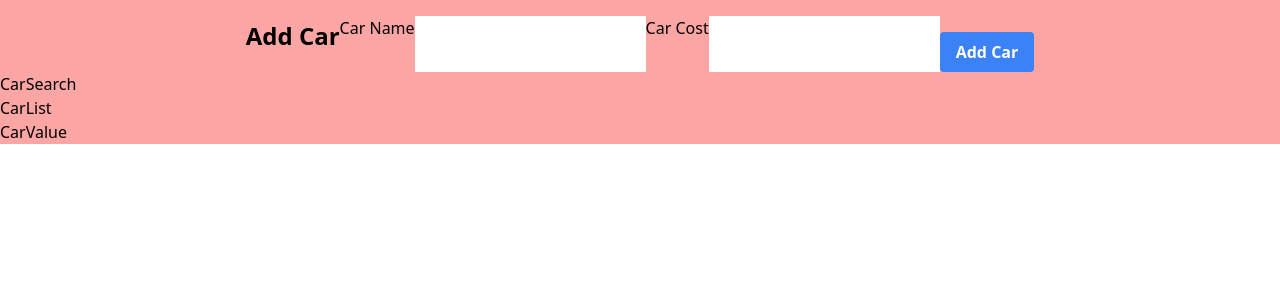
Repository: Marhamat92/carsappreduxtoolkit
Page: /
These files come from the project's save history. The page is drawn as it stood at one moment and after the next save; the edit follows.
The browser window is 1280 px wide. The pictures show the whole page.
The project was rebuilt for these pictures with package versions that can differ from the ones it lists, and the page was loaded fresh each time.

Above is the page before, as saved 2023-01-23 21:01:31.

### src/index.js
import React from 'react';
import ReactDOM from 'react-dom/client';
import './index.css';
import App from './App';
import { Provider } from 'react-redux';
import { store } from './store'


const root = ReactDOM.createRoot(document.getElementById('root'));
root.render(
  <Provider store={store}>
    <App />
  </Provider>
);

### src/App.js
import CarForm from "./components/CarForm";
import CarList from "./components/CarList";
import CarSearch from "./components/CarSearch";
import CarValue from "./components/CarValue";


function App() {
  return (
    <div className="container mx-auto  bg-red-300">
      <CarForm />
      <CarSearch />
      <CarList />
      <CarValue />
    </div>
  );
}

export default App;

### src/store/index.js
import { configureStore } from "@reduxjs/toolkit";
import {
  carsReducer,
  addCar,
  removeCar,
  changeSearchTerm,
} from "./slices/carsSlice";
import { formReducer, changeName, changeCost } from "./slices/formSlice";

const store = configureStore({
  reducer: {
    cars: carsReducer,
    form: formReducer,
  },
})

export { store, addCar, removeCar, changeSearchTerm, changeName, changeCost };

### src/components/CarForm.js
import React from 'react'

function CarForm() {
  return (
    <div className='flex items-center justify-center'>
      <h1 className='font-bold text-2xl' >Add Car</h1>
      <div className='mt-4'>
        <form className='flex flex-row'>
          <label htmlFor='make'>Car Name</label>
          <input type='text' name='carName' id='carName' />
          <label htmlFor='price'>Car Cost</label>
          <input type='text' name='price' id='price' />
          <button className='bg-blue-500 hover:bg-blue-700 text-white font-bold py-2 px-4 rounded mt-4' type='submit'>Add Car</button>
        </form>
      </div>
    </div>
  )
}

export default CarForm

### src/components/CarList.js
import React from 'react'

function CarList() {
  return (
    <div>CarList</div>
  )
}

export default CarList

### src/components/CarSearch.js
import React from 'react'

function CarSearch() {
  return (
    <div>CarSearch</div>
  )
}

export default CarSearch

### src/components/CarValue.js
import React from 'react'

function CarValue() {
  return (
    <div>CarValue</div>
  )
}

export default CarValue

### src/store/slices/carsSlice.js
import { createSlice, nanoid } from '@reduxjs/toolkit';

const carsSlice = createSlice({
  name: 'cars',
  initialState: {
    cars: [],
    searchTerm: ''
  },
  reducers: {
    changeSearchTerm(state, action) {
      state.searchTerm = action.payload;
    },
    addCar(state, action) {
      //Assumption:
      //action.payload is an object with the following properties:
      //name, cost, id
      state.cars.push({
        name: action.payload.name,
        cost: action.payload.cost,
        id: nanoid()
      })
    },
    removeCar(state, action) {
      //Assumption:
      //action.payload is the id of the car to remove
      const updatedCars = state.cars.filter((car) => {
        return car.id !== action.payload;
      })
      state.cars = updatedCars;
    }

  }
})

export const { changeSearchTerm, addCar, removeCar } = carsSlice.actions;
export const carsReducer = carsSlice.reducer;

### src/store/slices/formSlice.js
import { createSlice } from '@reduxjs/toolkit';

const formSlice = createSlice({
  name: 'form',
  initialState: {
    name: '',
    cost: 0
  },
  reducers: {
    changeName(state, action) {
      state.name = action.payload;
    },
    changeCost(state, action) {
      state.cost = action.payload;
    }
  }
})

export const { changeName, changeCost } = formSlice.actions;
export const formReducer = formSlice.reducer;

Loaded but not shown: public/index.html (common file); src/index.css (common file); tailwind.config.js (common file)

After the next save:
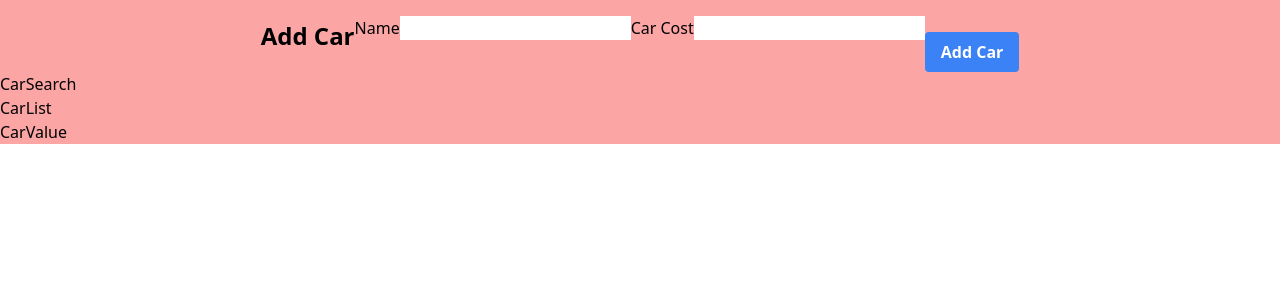
Saved 33 s later.
--- a/src/components/CarForm.js
+++ b/src/components/CarForm.js
@@ -6,10 +6,15 @@ function CarForm() {
       <h1 className='font-bold text-2xl' >Add Car</h1>
       <div className='mt-4'>
         <form className='flex flex-row'>
-          <label htmlFor='make'>Car Name</label>
-          <input type='text' name='carName' id='carName' />
-          <label htmlFor='price'>Car Cost</label>
-          <input type='text' name='price' id='price' />
+          <div>
+            <label htmlFor='make'>Name</label>
+            <input type='text' name='carName' id='carName' />
+          </div>
+          <div>
+            <label htmlFor='price'>Car Cost</label>
+            <input type='text' name='price' id='price' />
+          </div>
+
           <button className='bg-blue-500 hover:bg-blue-700 text-white font-bold py-2 px-4 rounded mt-4' type='submit'>Add Car</button>
         </form>
       </div>
